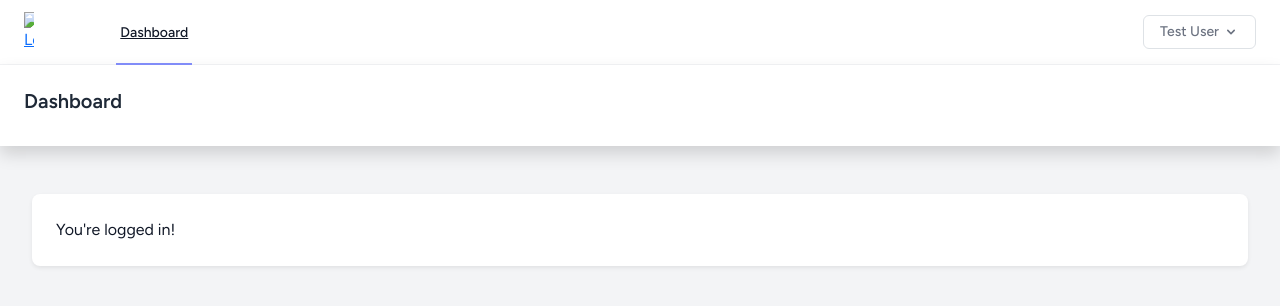
Repository: cosmin05072018/fantastic-events-manager
Page: http://localhost/dashboard
An editor plug-in stored every save of this project. The page is shown before and after a run of saves, followed by the edit.
The browser window is 1280 px wide. The pictures show the whole page.
The page is served by the project's Laravel application, run on PHP 8.4 with Laravel 10. A made-up administrator, Test User (test@example.com), is signed in. Other server files are loaded and not shown. Style sheets and scripts are compiled from the project's sources, by tool versions that may differ from the author's.

Above is the page before, as saved 2024-11-03 17:50:08.

### routes/web.php
<?php

use App\Http\Controllers\ProfileController;
use Illuminate\Support\Facades\Route;

/*
|--------------------------------------------------------------------------
| Web Routes
|--------------------------------------------------------------------------
|
| Here is where you can register web routes for your application. These
| routes are loaded by the RouteServiceProvider and all of them will
| be assigned to the "web" middleware group. Make something great!
|
*/

Route::get('/', function () {
    return view('startApp');
});

Route::get('/dashboard', function () {
    return view('dashboard');
})->middleware(['auth', 'verified'])->name('dashboard');

Route::middleware('auth')->group(function () {
    Route::get('/profile', [ProfileController::class, 'edit'])->name('profile.edit');
    Route::patch('/profile', [ProfileController::class, 'update'])->name('profile.update');
    Route::delete('/profile', [ProfileController::class, 'destroy'])->name('profile.destroy');
});

require __DIR__.'/auth.php';

### resources/views/layouts/app.blade.php
<!DOCTYPE html>
<html lang="{{ str_replace('_', '-', app()->getLocale()) }}">
    <head>
        <meta charset="utf-8">
        <meta name="viewport" content="width=device-width, initial-scale=1">
        <meta name="csrf-token" content="{{ csrf_token() }}">

        <title>{{ config('app.name', 'Fantastic Events') }}</title>

        <!-- Fonts -->
        <link rel="preconnect" href="https://fonts.bunny.net">
        <link href="https://fonts.bunny.net/css?family=figtree:400,500,600&display=swap" rel="stylesheet" />

        <!-- Scripts -->
        @vite(['resources/css/app.css', 'resources/js/app.js'])
        <link href="{{ asset('css/bootstrap.min.css') }}" rel="stylesheet">
    </head>
    <body class="font-sans antialiased">
        <div class="min-h-screen bg-gray-100 dark:bg-gray-900">
            @include('layouts.navigation')

            <!-- Page Heading -->
            @if (isset($header))
                <header class="bg-white dark:bg-gray-800 shadow">
                    <div class="max-w-7xl mx-auto py-6 px-4 sm:px-6 lg:px-8">
                        {{ $header }}
                    </div>
                </header>
            @endif

            <!-- Page Content -->
            <main>
                {{ $slot }}
            </main>
        </div>
    </body>
</html>

### resources/views/components/application-logo.blade.php
<div class="logo-img">
    <img src="{{ asset('storage/logo.svg') }}" alt="Logo" style="width: 20% !important;">
</div>

### public/css/custom.css
@import url("https://fonts.googleapis.com/css2?family=Inter:ital,opsz,wght@0,14..32,100..900;1,14..32,100..900&family=Open+Sans:ital,wght@0,300..800;1,300..800&display=swap");

:root {
    --white: #ffffff;
    --public-events: linear-gradient(to bottom, #afeeee, #40e0d0, #00ced1);
    --hotel-manager: linear-gradient(to right, #0099ffc0, #3a7bd5);
    --booking: linear-gradient(to right, #e43a15, #e65245);
}

* {
    box-sizing: border-box;
    padding: 0;
    margin: 0;
    font-family: "Inter", sans-serif;
}

body {
    background-repeat: no-repeat;
    background-size: cover;
    background-image: linear-gradient(
        30deg,
        hsla(344, 78%, 61%, 0.5),
        hsla(187, 100%, 42%, 0.5)
    );
}

.card {
    border-radius: 30% 70% 70% 30% / 60% 30% 70% 40%;
    height: 200px !important;
    transition: 0.4s linear;
    box-shadow: rgba(255, 255, 255, 0.1) 0px 1px 1px 0px inset,
        rgba(50, 50, 93, 0.25) 0px 50px 100px -20px,
        rgba(0, 0, 0, 0.3) 0px 30px 60px -30px;
}

.logo-img  {
    transition: 0.4s linear;
    transform: scale(1.4);
    z-index: 1;
}

.logo-img:hover {
    transform: scale(1.7);
}

.card:hover {
    transform: scale(1.1);
}

.btns-first-page {
    border: 0px !important;
    background: linear-gradient(
        30deg,
        hsl(344, 78%, 61%),
        hsla(187, 100%, 42%, 0.942)
    );
    color: var(--white);
    border-radius: 50px 10px 50px 10px;
}

.btns-first-page a{
    color: var(--white);
    text-decoration: none !important;
}

.public-events {
    background: var(--public-events);
}

.hotel-manager {
    background: var(--hotel-manager);
}

.booking {
    background: var(--booking);
}

/* login */

.logo-img{
    width: 100%;
    display: flex;
    align-items: center;
    justify-content: center;
}

Loaded but not shown: routes/auth.php (common file); app/Http/Controllers/Auth/EmailVerificationPromptController.php (common file); app/Http/Controllers/Controller.php (common file); app/Http/Controllers/Auth/VerifyEmailController.php (common file); app/Models/User.php (common file); resources/views/dashboard.blade.php (common file); app/View/Components/AppLayout.php (common file); resources/views/layouts/navigation.blade.php (common file); resources/views/components/nav-link.blade.php (common file); resources/views/components/dropdown-link.blade.php (common file); resources/views/components/dropdown.blade.php (common file); resources/views/components/responsive-nav-link.blade.php (common file); public/css/bootstrap.min.css (library); resources/css/app.css (common file); tailwind.config.js (common file); resources/js/app.js (common file); resources/js/bootstrap.js (common file)

After the next 2 saves:
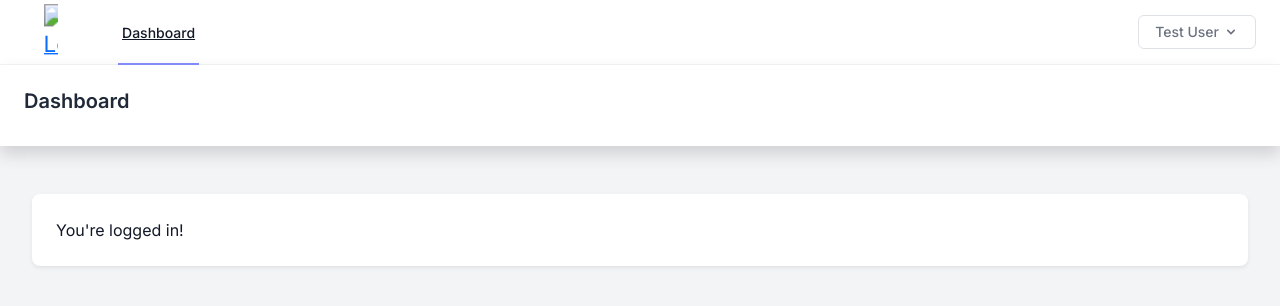
The 2 saves are shown as one change because they came seconds apart.
The last was saved 25 s later.
--- a/resources/views/layouts/app.blade.php
+++ b/resources/views/layouts/app.blade.php
@@ -1,37 +1,42 @@
 <!DOCTYPE html>
 <html lang="{{ str_replace('_', '-', app()->getLocale()) }}">
-    <head>
-        <meta charset="utf-8">
-        <meta name="viewport" content="width=device-width, initial-scale=1">
-        <meta name="csrf-token" content="{{ csrf_token() }}">
 
-        <title>{{ config('app.name', 'Fantastic Events') }}</title>
+<head>
+    <meta charset="utf-8">
+    <meta name="viewport" content="width=device-width, initial-scale=1">
+    <meta name="csrf-token" content="{{ csrf_token() }}">
 
-        <!-- Fonts -->
-        <link rel="preconnect" href="https://fonts.bunny.net">
-        <link href="https://fonts.bunny.net/css?family=figtree:400,500,600&display=swap" rel="stylesheet" />
+    <title>{{ config('app.name', 'Fantastic Events') }}</title>
 
-        <!-- Scripts -->
-        @vite(['resources/css/app.css', 'resources/js/app.js'])
-        <link href="{{ asset('css/bootstrap.min.css') }}" rel="stylesheet">
-    </head>
-    <body class="font-sans antialiased">
-        <div class="min-h-screen bg-gray-100 dark:bg-gray-900">
-            @include('layouts.navigation')
+    <!-- Fonts -->
+    <link rel="preconnect" href="https://fonts.bunny.net">
+    <link href="https://fonts.bunny.net/css?family=figtree:400,500,600&display=swap" rel="stylesheet" />
 
-            <!-- Page Heading -->
-            @if (isset($header))
-                <header class="bg-white dark:bg-gray-800 shadow">
-                    <div class="max-w-7xl mx-auto py-6 px-4 sm:px-6 lg:px-8">
-                        {{ $header }}
-                    </div>
-                </header>
-            @endif
+    <!-- Scripts -->
+    @vite(['resources/css/app.css', 'resources/js/app.js'])
+    <link href="{{ asset('css/bootstrap.min.css') }}" rel="stylesheet">
 
-            <!-- Page Content -->
-            <main>
-                {{ $slot }}
-            </main>
-        </div>
-    </body>
+    <link rel="stylesheet" href="{{ asset('css/custom.css') }}">
+</head>
+
+<body class="font-sans antialiased">
+    <div class="min-h-screen bg-gray-100 dark:bg-gray-900">
+        @include('layouts.navigation')
+
+        <!-- Page Heading -->
+        @if (isset($header))
+            <header class="bg-white dark:bg-gray-800 shadow">
+                <div class="max-w-7xl mx-auto py-6 px-4 sm:px-6 lg:px-8">
+                    {{ $header }}
+                </div>
+            </header>
+        @endif
+
+        <!-- Page Content -->
+        <main>
+            {{ $slot }}
+        </main>
+    </div>
+</body>
+
 </html>

After the save that followed:
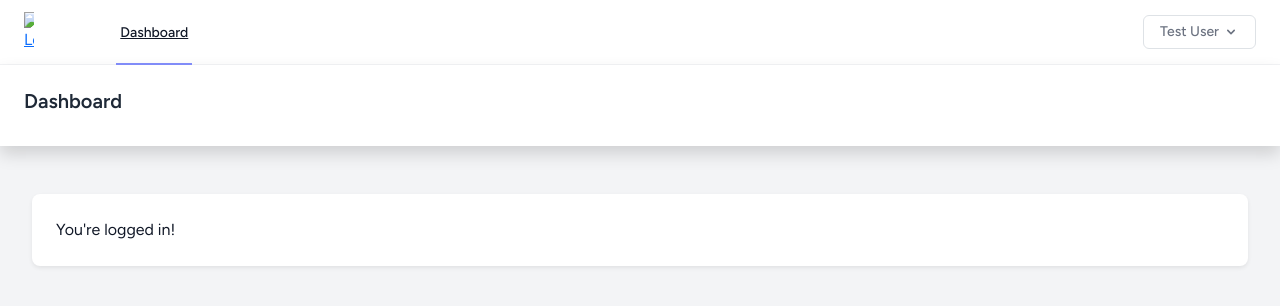
Saved 36 s later.
--- a/resources/views/layouts/app.blade.php
+++ b/resources/views/layouts/app.blade.php
@@ -15,8 +15,6 @@
     <!-- Scripts -->
     @vite(['resources/css/app.css', 'resources/js/app.js'])
     <link href="{{ asset('css/bootstrap.min.css') }}" rel="stylesheet">
-
-    <link rel="stylesheet" href="{{ asset('css/custom.css') }}">
 </head>
 
 <body class="font-sans antialiased">
